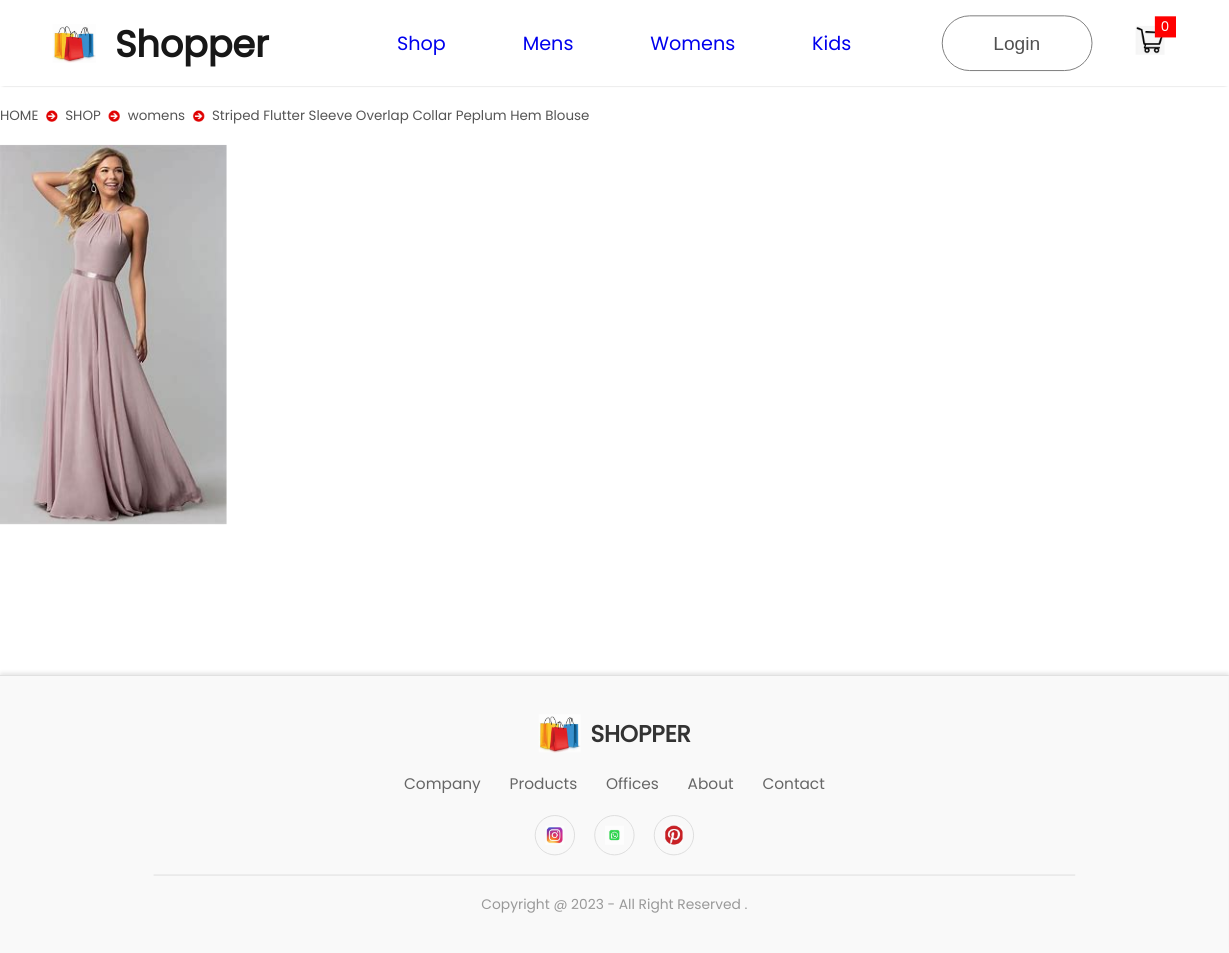
Repository: sshaiv/Shoppie_EcommerceAPP
Page: /product/1
These files come from the project's save history. The page is drawn as it stood at one moment and after a run of saves; the edit follows.
The browser window is 1280 px wide. The pictures show the whole page, at 96% of full size.
The project was rebuilt for these pictures with package versions that can differ from the ones it lists, and the page was loaded fresh each time. Also part of the build but not shown: src/App.css, src/Components/Pages/CSS/ShopCategory.css, src/Components/Item/Item.css, src/Components/Item/Item.jsx, src/Components/Pages/ShopCategory.jsx, src/Components/ProductDisplay/ProductDisplay.css, src/Components/Pages/Cart.jsx, src/Components/Pages/CSS/LoginSignup.css and 14 more.

Above is the page before, as saved 2024-07-16 21:37:49.

### public/index.html
<!DOCTYPE html>
<html lang="en">
  <head>
    <meta charset="utf-8" />
    <link rel="icon" href="%PUBLIC_URL%/favicon.ico" />
    <meta name="viewport" content="width=device-width, initial-scale=1" />
    <meta name="theme-color" content="#000000" />
    <meta
      name="description"
      content="Web site created using create-react-app"
    />
    <link rel="apple-touch-icon" href="%PUBLIC_URL%/logo192.png" />
    <!--
      manifest.json provides metadata used when your web app is installed on a
      user's mobile device or desktop. See https://developers.google.com/web/fundamentals/web-app-manifest/
    -->
    <link rel="manifest" href="%PUBLIC_URL%/manifest.json" />
    <!--
      Notice the use of %PUBLIC_URL% in the tags above.
      It will be replaced with the URL of the `public` folder during the build.
      Only files inside the `public` folder can be referenced from the HTML.

      Unlike "/favicon.ico" or "favicon.ico", "%PUBLIC_URL%/favicon.ico" will
      work correctly both with client-side routing and a non-root public URL.
      Learn how to configure a non-root public URL by running `npm run build`.
    -->
    <link rel="preconnect" href="https://fonts.googleapis.com">
    <link rel="preconnect" href="https://fonts.gstatic.com" crossorigin>
    <link href="https://fonts.googleapis.com/css2?family=Poppins&display=swap" rel="stylesheet">
    <title>E-Commerce</title>
  </head>
  <body>
    <noscript>You need to enable JavaScript to run this app.</noscript>
    <div id="root"></div>
    <!--
      This HTML file is a template.
      If you open it directly in the browser, you will see an empty page.

      You can add webfonts, meta tags, or analytics to this file.
      The build step will place the bundled scripts into the <body> tag.

      To begin the development, run `npm start` or `yarn start`.
      To create a production bundle, use `npm run build` or `yarn build`.
    -->
  </body>
</html>

### src/index.js
import React from 'react';
import ReactDOM from 'react-dom/client';
import './index.css';
import App from './App';
import ShopContextProvider from './Components/Context/ShopContext';

const root = ReactDOM.createRoot(document.getElementById('root'));
root.render(
  <ShopContextProvider>
    <App/>
  </ShopContextProvider>
);

// If you want to start measuring performance in your app, pass a function
// to log results (for example: reportWebVitals(console.log))
// or send to an analytics endpoint. Learn more: https://bit.ly/CRA-vitals

### src/index.css
*{
  margin: 0;
}

body {
  margin: 0;
  font-family: -apple-system, BlinkMacSystemFont, 'Segoe UI', 'Roboto', 'Oxygen',
    'Ubuntu', 'Cantarell', 'Fira Sans', 'Droid Sans', 'Helvetica Neue',
    sans-serif;
  -webkit-font-smoothing: antialiased;
  -moz-osx-font-smoothing: grayscale;

 font-family:'Poppins';

}

code {
  font-family: source-code-pro, Menlo, Monaco, Consolas, 'Courier New',
    monospace;
}

### src/App.js
import React from 'react';
import './App.css';
import Navbar from './Components/Navbar/Navbar';
import { BrowserRouter, Routes, Route } from 'react-router-dom';
import ShopCategory from './Components/Pages/ShopCategory';
import Product from './Components/Pages/Product';
import Cart from './Components/Pages/Cart';
import LoginSignup from './Components/Pages/LoginSignup';
import Shop from './Components/Pages/Shop';
import Footer from './Components/Footer/Footer';
import men_banner from './Components/Assets/banner_mens.png';
import women_banner from './Components/Assets/banner_women.png';
import kid_banner from './Components/Assets/banner_kids.png';

const App = () => {
  return (
    <div>
      <BrowserRouter>
        <Navbar />
        <Routes>
          <Route path='/' element={<Shop />} />
          <Route path='/mens' element={<ShopCategory banner={men_banner} category='mens' />} />
          <Route path='/womens' element={<ShopCategory banner={women_banner} category='womens' />} />
          <Route path='/kids' element={<ShopCategory banner={kid_banner} category='kids' />} />
          <Route path='/product' element={<Product />} />
          <Route path='/product/:productID' element={<Product />} />
          <Route path='/cart' element={<Cart />} />
          <Route path='/login' element={<LoginSignup />} />
        </Routes>
        <Footer />
      </BrowserRouter>
    </div>
  );
}

export default App;

### src/Components/Context/ShopContext.jsx
import React, { createContext } from 'react';
import all_product from '../Assets/all_products';

export const ShopContext = createContext(null);

const ShopContextProvider = (props) => {
  const contextValue = { all_product };

  return (
    <ShopContext.Provider value={contextValue}>
      {props.children}
    </ShopContext.Provider>
  );
}

export default ShopContextProvider;

### src/Components/Navbar/Navbar.jsx
import React, { useState } from 'react'
import './Navbar.css'
import logo from '../Assets/logo.png'
import cart_icon from '../Assets/cart_icon.png'
import { Link } from 'react-router-dom'

const Navbar = () => {
const [menu,setMenu]=useState("shop");

  return (
    <div>
      <div className='navbar'>
        <div className='nav-logo'>
          <img src={logo} alt="Logo" />
          <p>Shopper</p>
        </div>
        <ul className='nav-menu'>
            <li onClick={()=>{setMenu("shop")}}><Link style={{textDecoration:'none'}} to='/'>Shop </Link>{menu==="shop"? <hr/> :<></>}   </li>
            <li onClick={()=>{setMenu("mens")}}><Link style={{textDecoration:'none'}}  to='/mens'>Mens</Link> {menu==="shop"? <hr/> :<></>} </li>
            <li onClick={()=>{setMenu("womens")}}><Link style={{textDecoration:'none'}}  to='/womens'>Womens </Link> {menu==="shop"? <hr/> :<></>} </li>
            <li onClick={()=>{setMenu("kids")}}><Link style={{textDecoration:'none'}}  to='/kids'>Kids</Link> {menu==="shop"? <hr/> :<></>} </li>
        </ul>

        <div className="nav-login-cart">
          <Link to='/login'>  <button>Login</button></Link>
       <Link to='/cart'>   <img src={cart_icon} alt="" /></Link>
      <div className="nav-cart-count">0</div>
        </div>
      </div>
    </div>
  )
}

export default Navbar

### src/Components/Pages/Product.jsx
import React,{useContext} from 'react'
import { ShopContext } from '../Context/ShopContext'
import { useParams } from 'react-router-dom'
import Breadcrums from '../Breadcrums/Breadcrums';
import ProductDisplay from '../ProductDisplay/ProductDisplay';

const Product = () => {
  const {all_product}=useContext(ShopContext);
  const {productID}=useParams();
  const product =all_product.find((e)=>e.id===Number(productID));
  return (
    <div>
      <Breadcrums product={product}/>
      <ProductDisplay product={product}/>
    </div>
  )
}

export default Product

### src/Components/Footer/Footer.jsx
import React from 'react'
import './Footer.css'
import footer_logo from '../Assets/footer_logo.png'
import insta_logo from '../Assets/insta_logo.png'
import whatsapp_logo from '../Assets/whatsapp_logo.png'
import pinterest_logo from '../Assets/pinterest_logo.png'



const Footer = () => {
  return (
    <div className='footer'>
      <div className="footer-logo">
        <img src={footer_logo} alt="" />
        <p>SHOPPER</p>

      </div>
      <ul className="footer-links">
        <li>Company</li>
        <li>Products</li>
        <li>Offices</li>
        <li>About</li>
        <li>Contact</li>
      </ul>
      <div className="footer-social-icon">
        <div className="footer-icons-container">
            <img src={insta_logo} alt="" />
        </div>
        <div className="footer-icons-container">
            <img src={whatsapp_logo} alt="" />
        </div>
        <div className="footer-icons-container">
            <img src={pinterest_logo} alt="" />
        </div>
      </div>
      <div className="footer-copyright">
        <hr />
        <p>Copyright @ 2023 - All Right Reserved .</p>
      </div>
    </div>
  )
}

export default Footer

### src/Components/Assets/all_products.js
import p1_img from './product1.png';
import p2_img from './product2.png';
import p3_img from './product3.png';
import p4_img from './product4.png';
// Repeat or add new images as necessary

let all_product = [
    {
        id: 1,
        name: "Striped Flutter Sleeve Overlap Collar Peplum Hem Blouse",
        image: p1_img,
        new_price: 50.00,
        old_price: 80.50,
        category: "womens"
    },
    {
        id: 2,
        name: "Denim High Waist Skinny Jeans",
        image: p2_img,
        new_price: 65.00,
        old_price: 95.00,
        category: "womens"
    },
    {
        id: 3,
        name: "Linen Blend V-Neck Midi Dress",
        image: p3_img,
        new_price: 70.00,
        old_price: 110.00,
        category: "womens"
    },
    {
        id: 4,
        name: "Leather Crossbody Bag with Tassel Detail",
        image: p4_img,
        new_price: 45.00,
        old_price: 75.00,
        category: "womens"
    },
    {
        id: 5,
        name: "Classic White Cotton Shirt",
        image: p1_img,
        new_price: 40.00,
        old_price: 60.00,
        category: "mens"
    },
    {
        id: 6,
        name: "Slim Fit Chinos",
        image: p2_img,
        new_price: 55.00,
        old_price: 85.00,
        category: "mens"
    },
    {
        id: 7,
        name: "Floral Print A-Line Dress",
        image: p3_img,
        new_price: 75.00,
        old_price: 100.00,
        category: "womens"
    },
    {
        id: 8,
        name: "Faux Leather Biker Jacket",
        image: p4_img,
        new_price: 90.00,
        old_price: 120.00,
        category: "womens"
    },
    // Continue adding products with the appropriate category
    {
        id: 9,
        name: "Knitted Sweater",
        image: p1_img,
        new_price: 60.00,
        old_price: 90.00,
        category: "mens"
    },
    {
        id: 10,
        name: "Stretch Skinny Jeans",
        image: p2_img,
        new_price: 50.00,
        old_price: 80.00,
        category: "mens"
    },
    {
        id: 11,
        name: "Polka Dot Wrap Dress",
        image: p3_img,
        new_price: 85.00,
        old_price: 115.00,
        category: "womens"
    },
    {
        id: 12,
        name: "Wool Blend Coat",
        image: p4_img,
        new_price: 150.00,
        old_price: 200.00,
        category: "womens"
    },
    {
        id: 13,
        name: "Lace Trim Cami Top",
        image: p1_img,
        new_price: 35.00,
        old_price: 55.00,
        category: "womens"
    },
    {
        id: 14,
        name: "High Rise Shorts",
        image: p2_img,
        new_price: 45.00,
        old_price: 70.00,
        category: "mens"
    },
    {
        id: 15,
        name: "Puff Sleeve Midi Dress",
        image: p3_img,
        new_price: 65.00,
        old_price: 95.00,
        category: "womens"
    },
    {
        id: 16,
        name: "Quilted Crossbody Bag",
        image: p4_img,
        new_price: 55.00,
        old_price: 85.00,
        category: "womens"
    },
    {
        id: 17,
        name: "Oversized Denim Jacket",
        image: p1_img,
        new_price: 100.00,
        old_price: 130.00,
        category: "mens"
    },
    {
        id: 18,
        name: "Cargo Pants",
        image: p2_img,
        new_price: 60.00,
        old_price: 90.00,
        category: "mens"
    },
    {
        id: 19,
        name: "Embroidered Maxi Dress",
        image: p3_img,
        new_price: 110.00,
        old_price: 150.00,
        category: "womens"
    },
    {
        id: 20,
        name: "Suede Ankle Boots",
        image: p4_img,
        new_price: 95.00,
        old_price: 125.00,
        category: "womens"
    },
    {
        id: 21,
        name: "Ribbed Turtleneck Sweater",
        image: p1_img,
        new_price: 45.00,
        old_price: 70.00,
        category: "mens"
    },
    {
        id: 22,
        name: "Pleated Midi Skirt",
        image: p2_img,
        new_price: 55.00,
        old_price: 85.00,
        category: "womens"
    },
    {
        id: 23,
        name: "Off-Shoulder Evening Gown",
        image: p3_img,
        new_price: 150.00,
        old_price: 200.00,
        category: "womens"
    },
]

export default all_product;

### src/Components/Navbar/Navbar.css
.navbar{
    display: flex;
    justify-content: space-around;
    padding: 16px;
    box-shadow:0 1px 3px -2px black ;

}
.nav-logo{
    display:flex;
    align-items: center;
    gap: 10px;
}

.nav-logo p{
    color: #171717;
    font-size: 38px;
    font-weight: 600;
}
.nav-menu{
    display:flex;
    align-items:center;
    list-style: none;
    gap: 50px;
    color:#626262;
    font-size: 20px;
    font-weight: 500;

}


  .nav-logo img {
    height: 40px;
    margin-right: 10px;
  }



  .nav-menu li {
    margin: 0 15px;
    position: relative;
    cursor: pointer;
  }

  .nav-menu li:hover hr {
    display: block;
  }

  .nav-menu hr {
    display: none;
    width: 80%;
    height: 3px;
    border-radius: 10px;
    background-color:red;

  }

  .nav-login-cart {
    display: flex;
    align-items: center;
    gap: 45px;
  }

  .nav-login-cart button {
    width: 157px;
    height: 58px;
    outline: none;
    border: 1px solid #7a7a7a;
    border-radius: 75px;
    color:#515151;
    font-size: 20px;
    font-weight: 500;
    background: white;
    cursor: pointer;
  }

  .nav-login-cart button:active{
    background:#f3f3f3;
  }
  .nav-login-cart img {
    height: 30px;
    cursor: pointer;
  }
  .nav-cart-count{
    width: 22px;
    height: 22px;
    display: flex;
    justify-content: center;
    align-items:center;
    margin-top: -35px;
    margin-left: -55px;
    border: radius 11px;
    font-size: 14px;
    background-color:red;
    color:white;
  }

  @media (max-width: 768px) {
    .navbar {
      flex-direction: column;
      align-items: center;
    }

    .nav-logo p {
      font-size: 20px;
    }

    .nav-menu {
      flex-direction: column;
      align-items: center;
      gap: 10px;
    }

    .nav-menu li {
      margin: 10px 0;
    }

    .nav-login-cart {
      flex-direction: column;
      align-items: center;
      gap: 10px;
    }
  }

### src/Components/Breadcrums/Breadcrums.jsx
import React from 'react';
import './Breadcrum.css';
import arrow_icon from '../Assets/arrow_icon.png';

const Breadcrums = (props) => {
  const { product } = props;
  return (
    <div className='breadcrums'>
      HOME <img src={arrow_icon} alt="arrow" /> SHOP <img src={arrow_icon} alt="arrow" /> {product.category} <img src={arrow_icon} alt="arrow" /> {product.name}
    </div>
  );
}

export default Breadcrums;

### src/Components/ProductDisplay/ProductDisplay.jsx
import React from 'react'
import './ProductDisplay.css'

const ProductDisplay = (props) => {
    const {product}=props;
  return (
    <div className='productdisplay'>
      <div className="productdisplay-left">
        <div className="productdisplay-img-list">
            <img src={product.image} alt="" />
        </div>
      </div>
      <div className="productdisplay-right">

      </div>
    </div>
  )
}

export default ProductDisplay

### src/Components/Footer/Footer.css
.footer {
    background-color: #f9f9f9;
    padding: 40px;
    text-align: center;
    border-top: 1px solid #ddd;
    box-shadow: 0 -2px 4px rgba(0, 0, 0, 0.1);
    position: relative;
    top: 150px;
  }

  .footer-logo {
    display: flex;
    justify-content: center;
    align-items: center;
    gap: 10px;
    margin-bottom: 20px;
  }

  .footer-logo img {
    height: 40px;
  }

  .footer-logo p {
    font-size: 1.5rem;
    font-weight: bold;
    color: #333;
  }

  .footer-links {
    list-style: none;
    padding: 0;
    display: flex;
    justify-content: center;
    gap: 30px;
    margin-bottom: 20px;
  }

  .footer-links li {
    font-size: 1rem;
    color: #666;
    cursor: pointer;
    transition: color 0.3s ease;
  }

  .footer-links li:hover {
    color: #ff4141;
  }

  .footer-social-icon {
    display: flex;
    justify-content: center;
    gap: 20px;
    margin-bottom: 20px;
  }

  .footer-icons-container {
    width: 40px;
    height: 40px;
    display: flex;
    justify-content: center;
    align-items: center;
    border: 1px solid #ddd;
    border-radius: 50%;
    transition: border-color 0.3s ease;
  }

  .footer-icons-container img {
    height: 20px;
  }

  .footer-icons-container:hover {
    border-color: #ff4141;
  }

  .footer-copyright {
    margin-top: 20px;
    font-size: 0.9rem;
    color: #999;
  }

  .footer hr {
    width: 80%;
    margin: 20px auto;
    border: none;
    border-top: 1px solid #ddd;
  }

### src/Components/Breadcrums/Breadcrum.css
/* CSS/Breadcrum.css */

.breadcrums {
    display: flex;
    align-items: center;
    font-size: 14px;
    color: #555;
    margin: 20px 0;
  }

  .breadcrums img {
    width: 12px;
    height: 12px;
    margin: 0 8px;
  }

  .breadcrums span {
    margin: 0 8px;
    color: #999;
  }

  .breadcrums a {
    text-decoration: none;
    color: inherit;
    transition: color 0.2s;
  }

  .breadcrums a:hover {
    color: #007bff;
  }

After the next 4 saves:
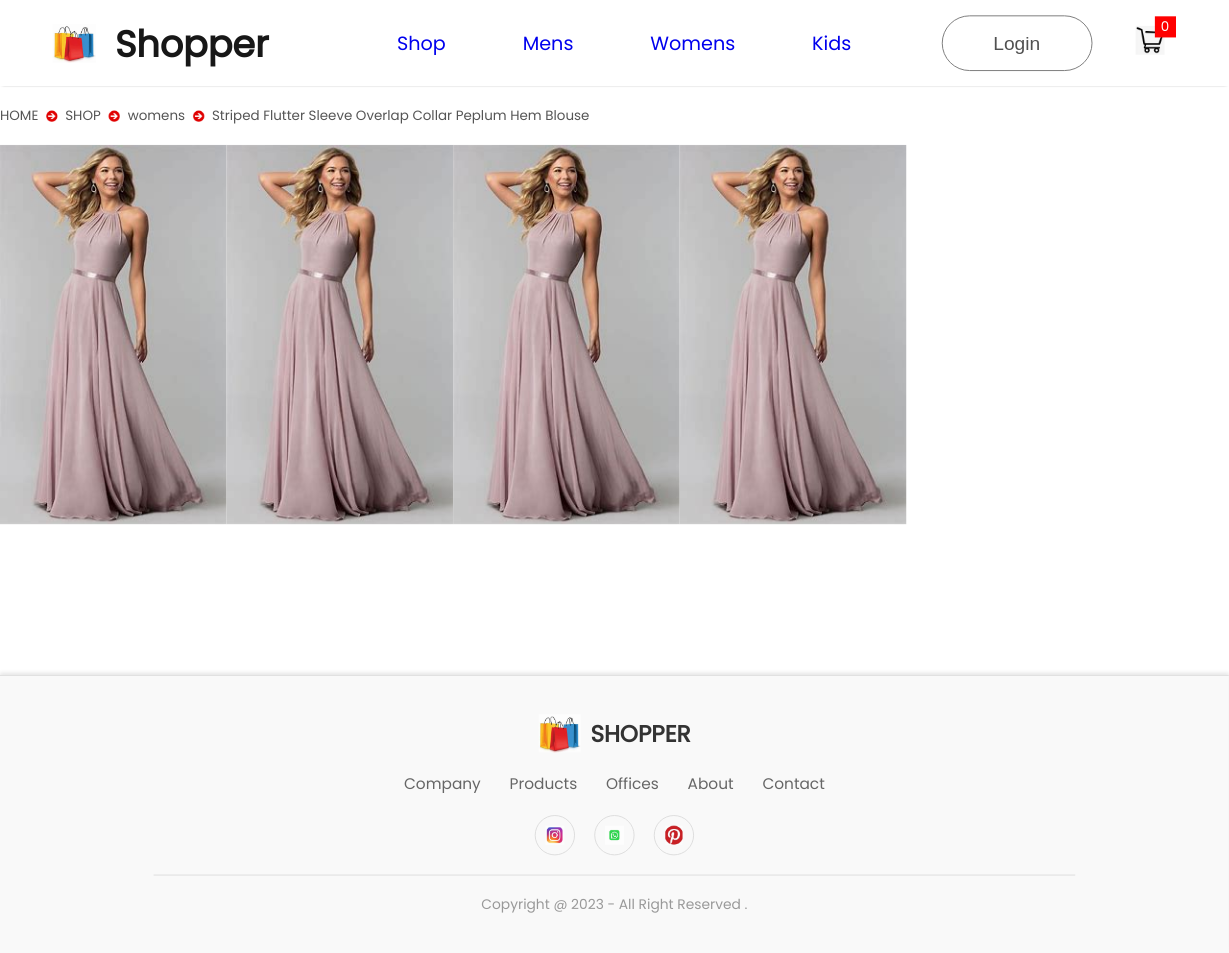
The 4 saves are shown as one change because they came seconds apart.
The last was saved 22 s later.
--- a/src/Components/ProductDisplay/ProductDisplay.jsx
+++ b/src/Components/ProductDisplay/ProductDisplay.jsx
@@ -7,6 +7,9 @@ const ProductDisplay = (props) => {
     <div className='productdisplay'>
       <div className="productdisplay-left">
         <div className="productdisplay-img-list">
+            <img src={product.image} alt="" />
+            <img src={product.image} alt="" />
+            <img src={product.image} alt="" />
             <img src={product.image} alt="" />
         </div>
       </div>
